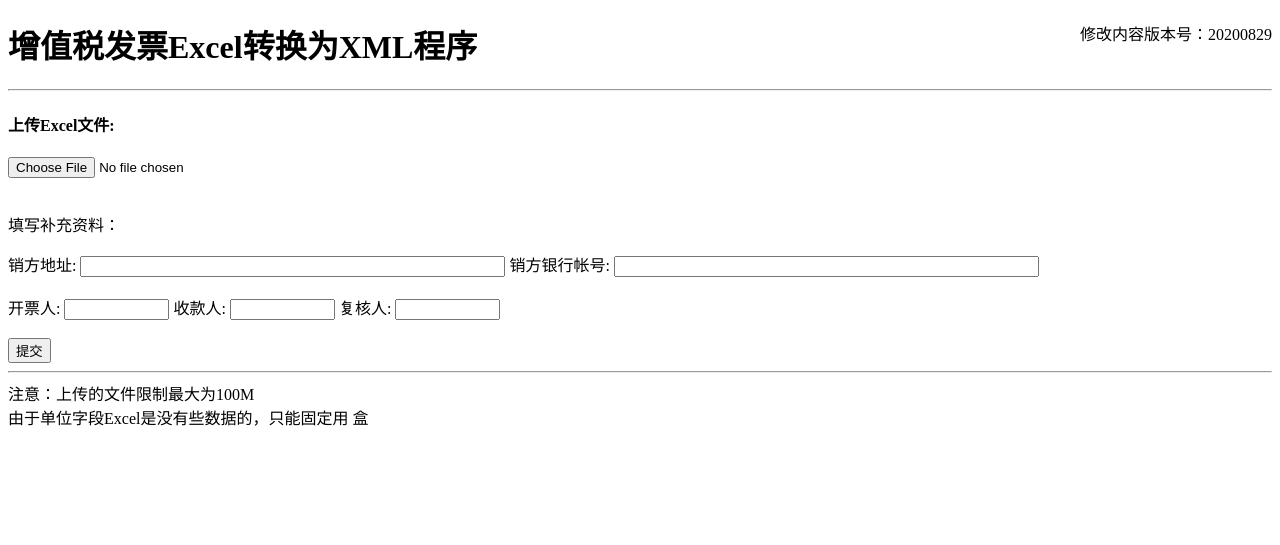
Repository: SFGuile/learnSpringapp
Page: http://localhost/demo/home.jsp
These files come from the project's save history. The page is drawn as it stood at one moment and after the next save; the edit follows.
The browser window is 1280 px wide. The pictures show the whole page.
The page is served by Tomcat 9.

Above is the page before, as saved 2020-08-29 01:41:00.

After the next save:
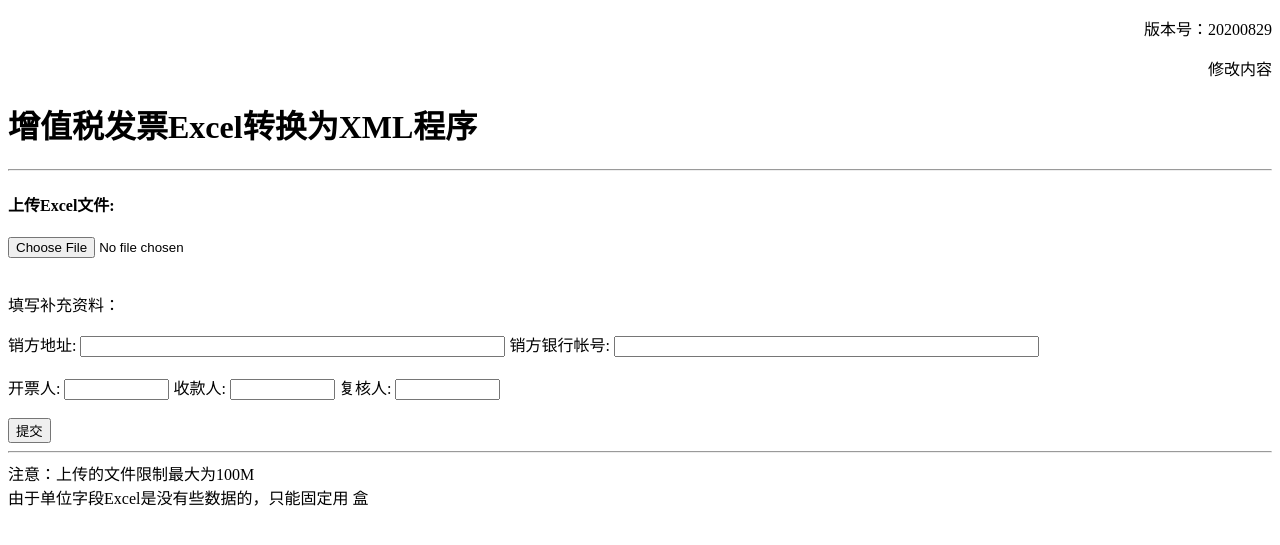
Saved 2 min 20 s later.
--- a/demo/src/main/webapp/home.jsp
+++ b/demo/src/main/webapp/home.jsp
@@ -10,11 +10,13 @@
 <body>
 
     <div style="position: relative;width:100%;">
-    <span style="float:right;">   版本号：20200829</br></span>
+    <p style="text-align: right;">版本号：20200829</p>
+
    </div>
 
     <div style="position: relative;width:100%;">
-     <span style="float:right;">  修改内容</br></span>
+     <p style="text-align: right;">修改内容</p>
+
     </div>
 
 
